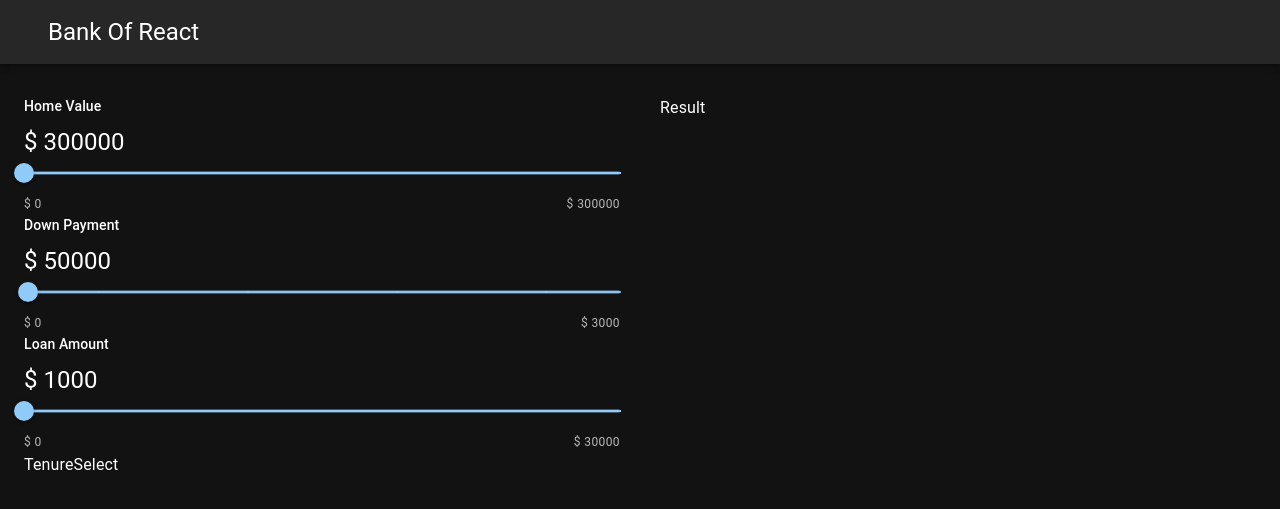
Repository: MikeeBuilds/mortgage-calculator
Page: /
These files come from the project's save history. The page is drawn as it stood at one moment and after the next save; the edit follows.
The browser window is 1280 px wide. The pictures show the whole page.
The project was rebuilt for these pictures with package versions that can differ from the ones it lists, and the page was loaded fresh each time.

Above is the page before, as saved 2023-04-03 21:50:36.

After the next save:
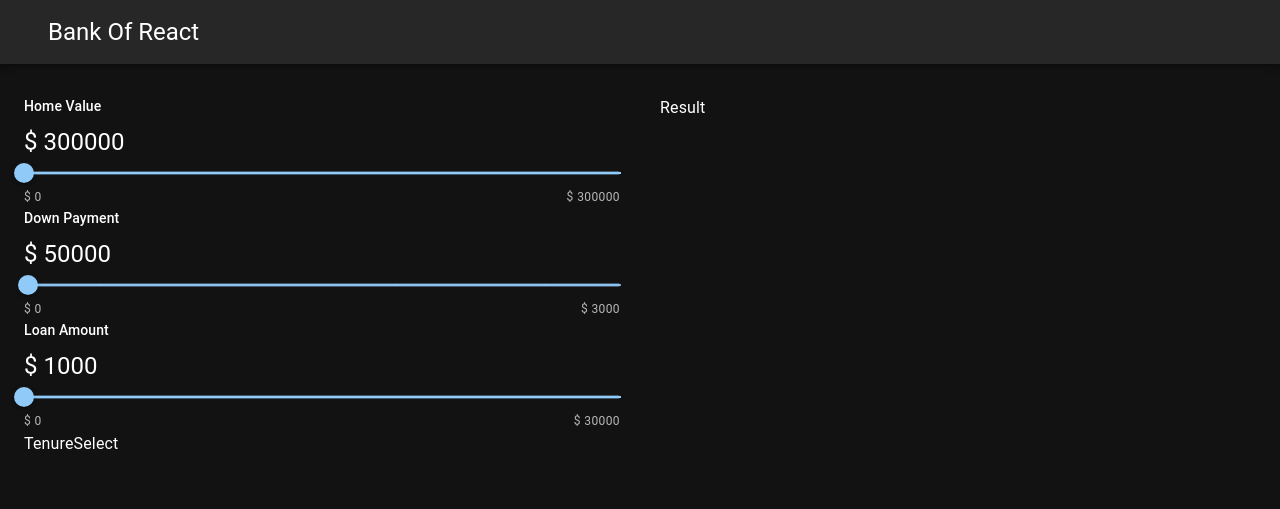
Saved 6 s later.
--- a/src/components/common/SliderComponent.js
+++ b/src/components/common/SliderComponent.js
@@ -4,7 +4,7 @@
 
 const SliderComponent = ({ defaultValue, min, max, step, onChange, value, label, unit, amount }) => {
   return (
-  <stack>
+  <Stack>
     <Stack gap={1}>
       <Typography variant='subtitle2'>{label}</Typography>
       <Typography variant='h5'>{unit} {amount}</Typography>
@@ -25,7 +25,7 @@
     <Typography variant='caption' color='text.secondary'>{unit} {max}</Typography>
       </Stack>
 
-  </stack>
+  </Stack>
   )
 }
 

After the save that followed:
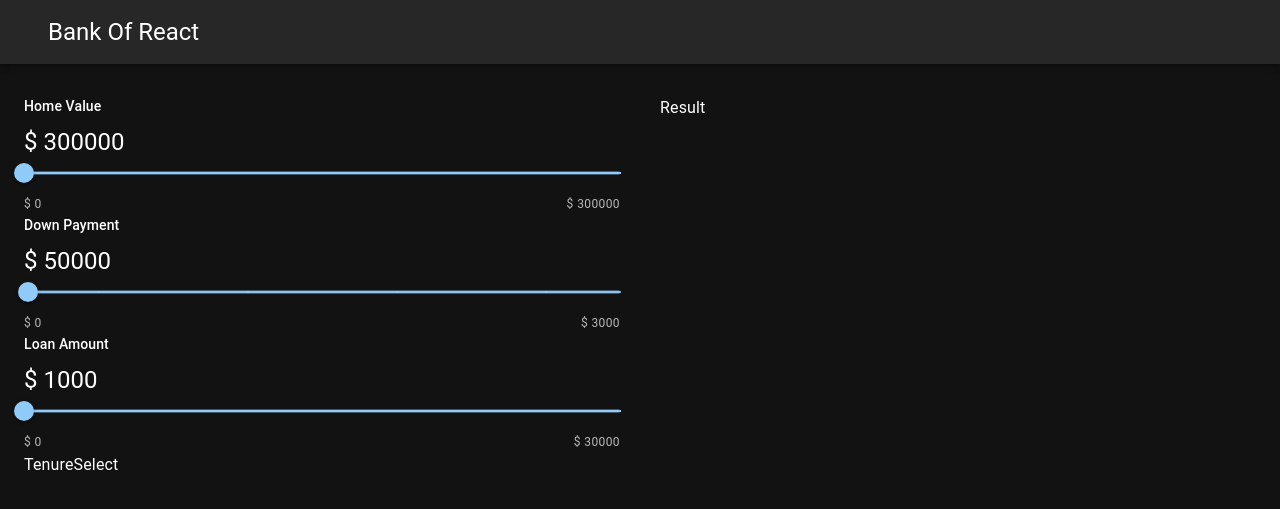
Saved 17 s later.
--- a/src/components/common/SliderComponent.js
+++ b/src/components/common/SliderComponent.js
@@ -4,7 +4,7 @@
 
 const SliderComponent = ({ defaultValue, min, max, step, onChange, value, label, unit, amount }) => {
   return (
-  <Stack>
+  <>
     <Stack gap={1}>
       <Typography variant='subtitle2'>{label}</Typography>
       <Typography variant='h5'>{unit} {amount}</Typography>
@@ -25,7 +25,7 @@
     <Typography variant='caption' color='text.secondary'>{unit} {max}</Typography>
       </Stack>
 
-  </Stack>
+  </>
   )
 }
 
